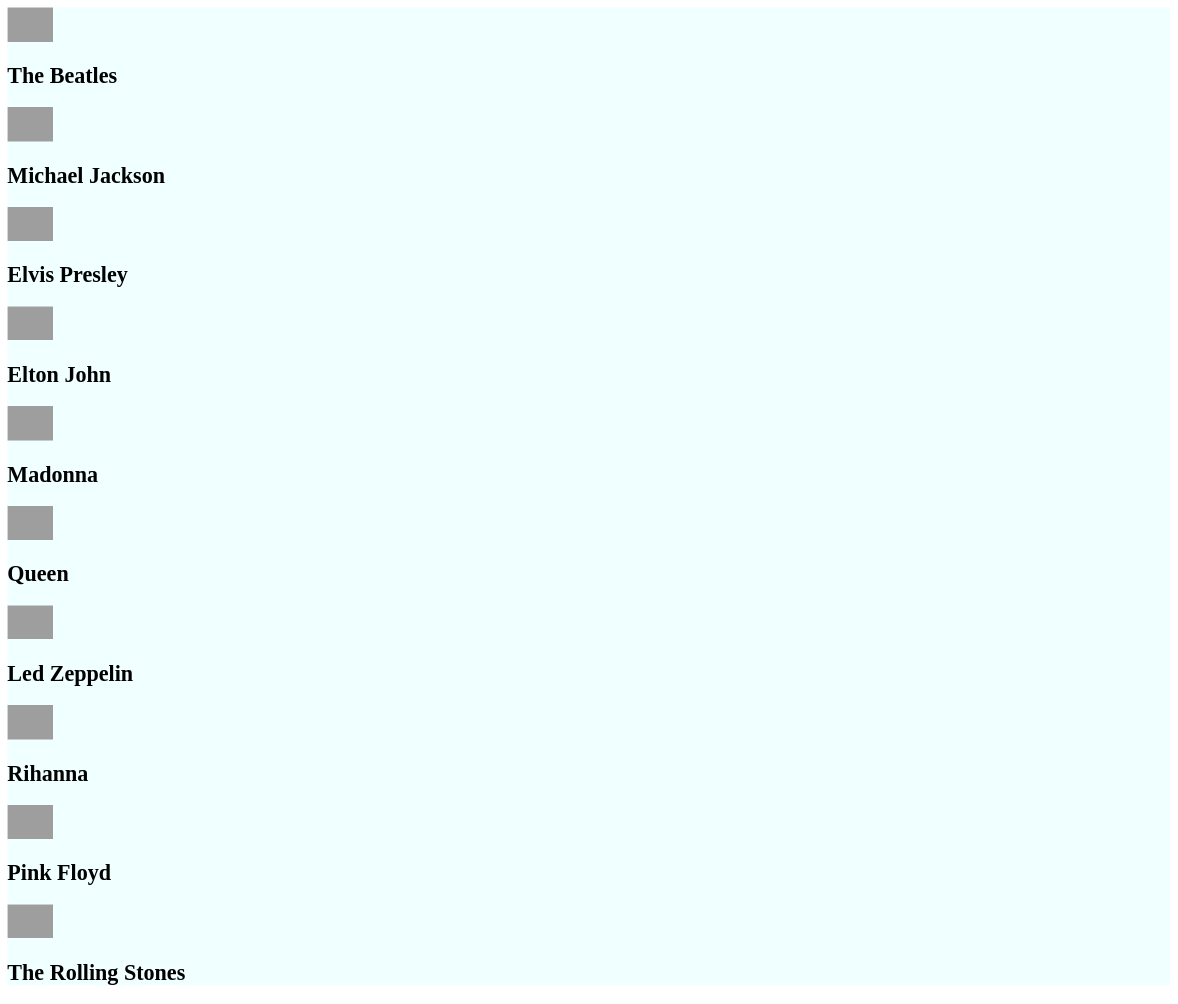
Repository: MelissaJacobi/Frontend-lab-2
Page: /
The author's editor kept a copy of each file at every save. The page is drawn from the files as they stood at one save, then again after the next save.
The browser window is 1280 px wide. The pictures show the whole page, at 92% of full size.
Pictures or frames that could not be fetched are drawn as grey boxes. The project was rebuilt for these pictures with package versions that can differ from the ones it lists, and the page was loaded fresh each time. Also part of the build but not shown: vite.config.js.

Above is the page before, as saved 2024-09-19 09:11:24.

### src/App.jsx
import { artists } from './best-selling-music-artists';

function App() {
  return (
    <div className="app">
      <div className="artist_li">
        {artists.map((artist) => (
          <div key={artist.name} className="artist">
            <img src={artist.photo_url} alt={artist.name} className="photo" />
            <h2>{artist.name}</h2>
          </div>
        ))}
      </div>

    </div>
  );
}

export default App;

### src/index.css
.artist {

}

.photo {
    width: 50px;
}

.artist_li {
    background-color: azure;
}

### src/best-selling-music-artists.js
export const artists = [
    {
        name: 'The Beatles',
        photo_url: "https://upload.wikimedia.org/wikipedia/commons/9/9f/Beatles_ad_1965_just_the_beatles_crop.jpg",
        country: "United Kingdom",
        years_active: "1960-1970",
    },
    {
        name: 'Michael Jackson',
        photo_url: "https://upload.wikimedia.org/wikipedia/commons/8/83/Michael_Jackson_Dangerous_World_Tour_1993_cropped.png",
        country: "United States",
        years_active: "1964-2009",
    },
    {
        name: 'Elvis Presley',
        photo_url: "https://upload.wikimedia.org/wikipedia/commons/1/16/Elvis_Presley_1973_RCA_Records_and_Tapes_publicity_2_-_cropped.png",
        country: "United States",
        years_active: "1953-1977",
    },
    {
        name: 'Elton John',
        photo_url: "https://upload.wikimedia.org/wikipedia/commons/7/74/Elton_John_1980.png",
        country: "United Kingdom",
        years_active: "1962-present",
    },
    {
        name: 'Madonna',
        photo_url: "https://upload.wikimedia.org/wikipedia/commons/4/47/Madonna_II_A_1_%28cropped%29.jpg",
        country: "United States",
        years_active: "1979-present",
    },
    {
        name: 'Queen',
        photo_url: "https://upload.wikimedia.org/wikipedia/commons/a/ac/FreddieMercuryNov1977.jpg",
        country: "United Kingdom",
        years_active: "1971-present",
    },
    {
        name: 'Led Zeppelin',
        photo_url: "https://upload.wikimedia.org/wikipedia/commons/c/cc/Robert_Plant_at_the_Palace_Theatre%2C_Manchester.jpg",
        country: "United Kingdom",
        years_active: "1968-1980",
    },
    {
        name: 'Rihanna',
        photo_url: "https://upload.wikimedia.org/wikipedia/commons/b/b3/Rihanna_concert_in_Washington_DC_%28cropped%29.jpg",
        country: "Barbados",
        years_active: "2003-present",
    },
    {
        name: 'Pink Floyd',
        photo_url: "https://upload.wikimedia.org/wikipedia/commons/f/f2/David_Gilmour_Argentina_2015_%28cropped%29.jpg",
        country: "United Kingdom",
        years_active: "1965-2014",
    },
    {
        name: 'The Rolling Stones',
        photo_url: "https://upload.wikimedia.org/wikipedia/commons/0/06/Keith_Richards%2C_Mick_Jagger_performing_with_Rolling_Stones_at_Prudential_Center_2012-12-13.jpg",
        country: "United Kingdom",
        years_active: "1962-present",
    },
];

Loaded but not shown: index.html (common file); src/main.jsx (common file)

After the next save:
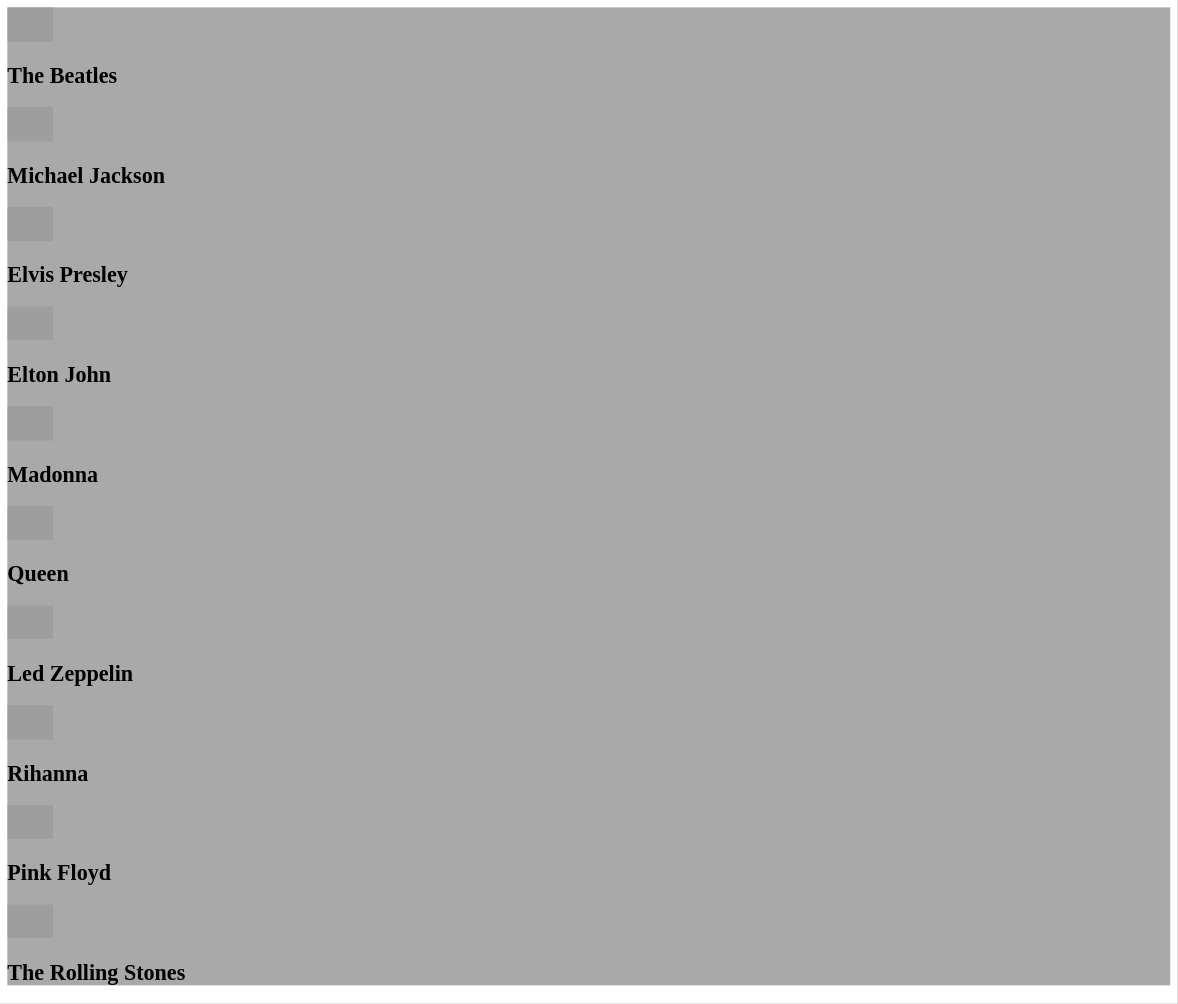
Saved 9 s later.
--- a/src/index.css
+++ b/src/index.css
@@ -7,5 +7,5 @@
 }
 
 .artist_li {
-    background-color: azure;
+    background-color: rgb(169, 169, 169);
 }
